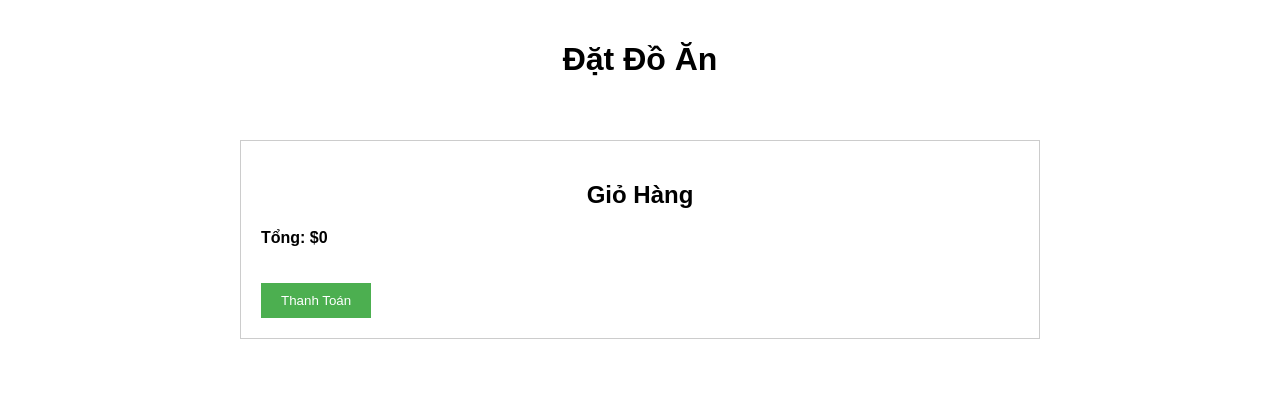
Repository: Tuananhdeptrai723/dientoandammay
Page: http://localhost/main/main.php
These files come from the project's save history. The page is drawn as it stood at one moment and after the next save; the edit follows.
The browser window is 1280 px wide. The pictures show the whole page.
The page is run by PHP 8.4 with error messages shown; the project is at /var/www/html/. Queries for data that is not in the repository find no rows.

Above is the page before, as saved 2024-06-04 18:38:04.

### main/main.php
<?php
include 'ConnectDb.php';
?>

<!DOCTYPE html>
<html lang="en">
<head>
  <meta charset="UTF-8">
  <meta name="viewport" content="width=device-width, initial-scale=1.0">
  <title>Đặt Đồ Ăn</title>
  <link rel="stylesheet" href="./main.css">
</head>
<body>
  <div class="container">
    <h1>Đặt Đồ Ăn</h1>
    <div class="menu">
      <div class="product-container">
          <?php foreach ($products as $product): ?>
            <div class="menu-item">
              <img src="../asset/image/food<?php echo $product['ID']; ?>.jpg">
              <h3><?php echo $product['nameProducts']; ?></h3>
              <p>Số lượng: <?php echo $product['Quantity']; ?></p>
              <span class="price">$<?php echo $product['Price']; ?></span>
              <button class="add-to-cart">Thêm vào giỏ hàng</button>
            </div>
          <?php endforeach; ?>
      </div>
    </div>
    <div class="cart">
      <h2>Giỏ Hàng</h2>
      <ul class="cart-items"></ul>
      <p class="total">Tổng: $0</p>
      <button class="checkout">Thanh Toán</button>
    </div>
  </div>
  <script src="./main.js"></script>
</body>
</html>

### main/ConnectDb.php
<?php
session_start();
ob_start();

// Kết nối đến CSDL
include '../config.php';

// Kiểm tra kết nối
if ($conn->connect_error) {
    die("Connection failed: " . $conn->connect_error);
}
// Truy vấn dữ liệu từ cơ sở dữ liệu
$sql = "SELECT * FROM cart LIMIT 15";
$result = $conn->query($sql);

// Tạo mảng chứa dữ liệu sản phẩm
$products = array();

if ($result->num_rows > 0) {
    while($row = $result->fetch_assoc()) {
        $products[] = $row;
    }
}

$conn->close();
?>

### config.php
<?php
define('DB_SERVER', 'localhost');
define('DB_USERNAME', 'root');
define('DB_PASSWORD', '');
define('DB_NAME', 'clouddb');

$conn = mysqli_connect(DB_SERVER, DB_USERNAME, DB_PASSWORD, DB_NAME);

if($conn === false){
    die("ERROR: Could not connect. " . mysqli_connect_error());
}
?>

### main/main.css
body {
  font-family: Arial, sans-serif;
  margin: 0;
  padding: 0;
}

.container {
  max-width: 800px;
  margin: 0 auto;
  padding: 20px;
}

h1,
h2 {
  text-align: center;
}

.menu {
  display: flex;
  flex-wrap: wrap;
  justify-content: center;
}

.menu-item {
  width: 250px;
  margin: 20px;
  padding: 10px;
  border: 1px solid #ccc;
  text-align: center;
}

.menu-item img {
  width: 150px;
  height: 150px;
  object-fit: cover;
}

.menu-item h3 {
  margin-top: 10px;
}

.menu-item .price {
  font-weight: bold;
  color: green;
}

.menu-item button {
  margin-top: 10px;
  padding: 5px 10px;
  background-color: #4caf50;
  color: white;
  border: none;
  cursor: pointer;
}

.cart {
  margin-top: 40px;
  padding: 20px;
  border: 1px solid #ccc;
}

.cart-items {
  list-style-type: none;
  padding: 0;
}

.cart-items li {
  display: flex;
  justify-content: space-between;
  margin-bottom: 10px;
}

.total {
  font-weight: bold;
  margin-top: 20px;
}

.checkout {
  margin-top: 20px;
  padding: 10px 20px;
  background-color: #4caf50;
  color: white;
  border: none;
  cursor: pointer;
}

.product-container {
  display: flex;
  flex-wrap: wrap;
}

.menu-item {
  width: 25%;
  padding: 10px;
  box-sizing: border-box;
}

### main/main.js
const addToCartButtons = document.querySelectorAll('.add-to-cart');
const cartItems = document.querySelector('.cart-items');
const total = document.querySelector('.total');
let cart = [];
let totalPrice = 0;

addToCartButtons.forEach(button => {
  button.addEventListener('click', () => {
    const menuItem = button.parentNode;
    const name = menuItem.querySelector('h3').textContent;
    const price = parseFloat(menuItem.querySelector('.price').textContent.replace('$', ''));
    const item = { name, price };
    cart.push(item);
    updateCart();
  });
});

function updateCart() {
  cartItems.innerHTML = '';
  totalPrice = 0;
  cart.forEach(item => {
    const li = document.createElement('li');
    li.textContent = `${item.name} - $${item.price}`;
    cartItems.appendChild(li);
    totalPrice += item.price;
  });
  total.textContent = `Tổng: $${totalPrice.toFixed(2)}`;
}

After the next save:
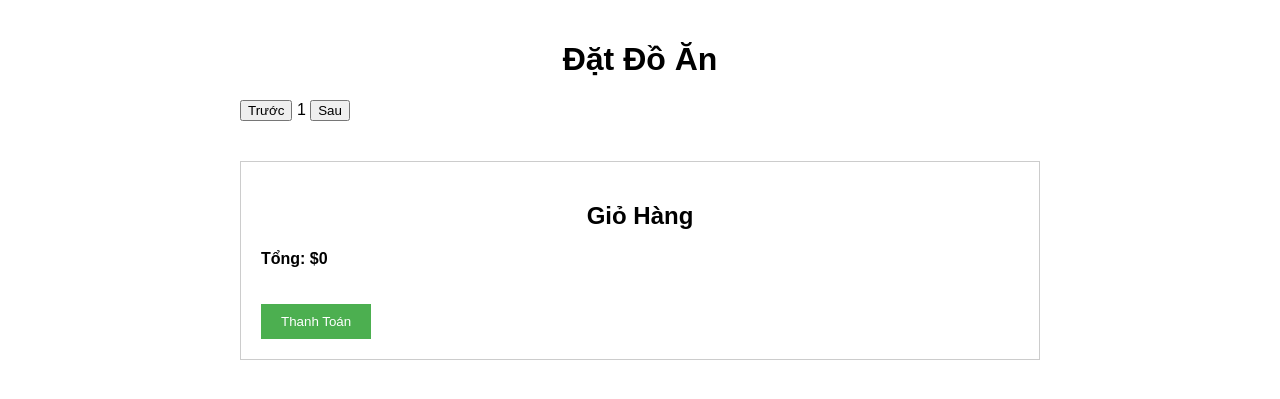
Saved 11 s later.
--- a/main/main.php
+++ b/main/main.php
@@ -26,6 +26,11 @@ include 'ConnectDb.php';
           <?php endforeach; ?>
       </div>
     </div>
+    <div class="pagination">
+  <button class="prev-page">Trước</button>
+  <span class="current-page">1</span>
+  <button class="next-page">Sau</button>
+</div>
     <div class="cart">
       <h2>Giỏ Hàng</h2>
       <ul class="cart-items"></ul>
